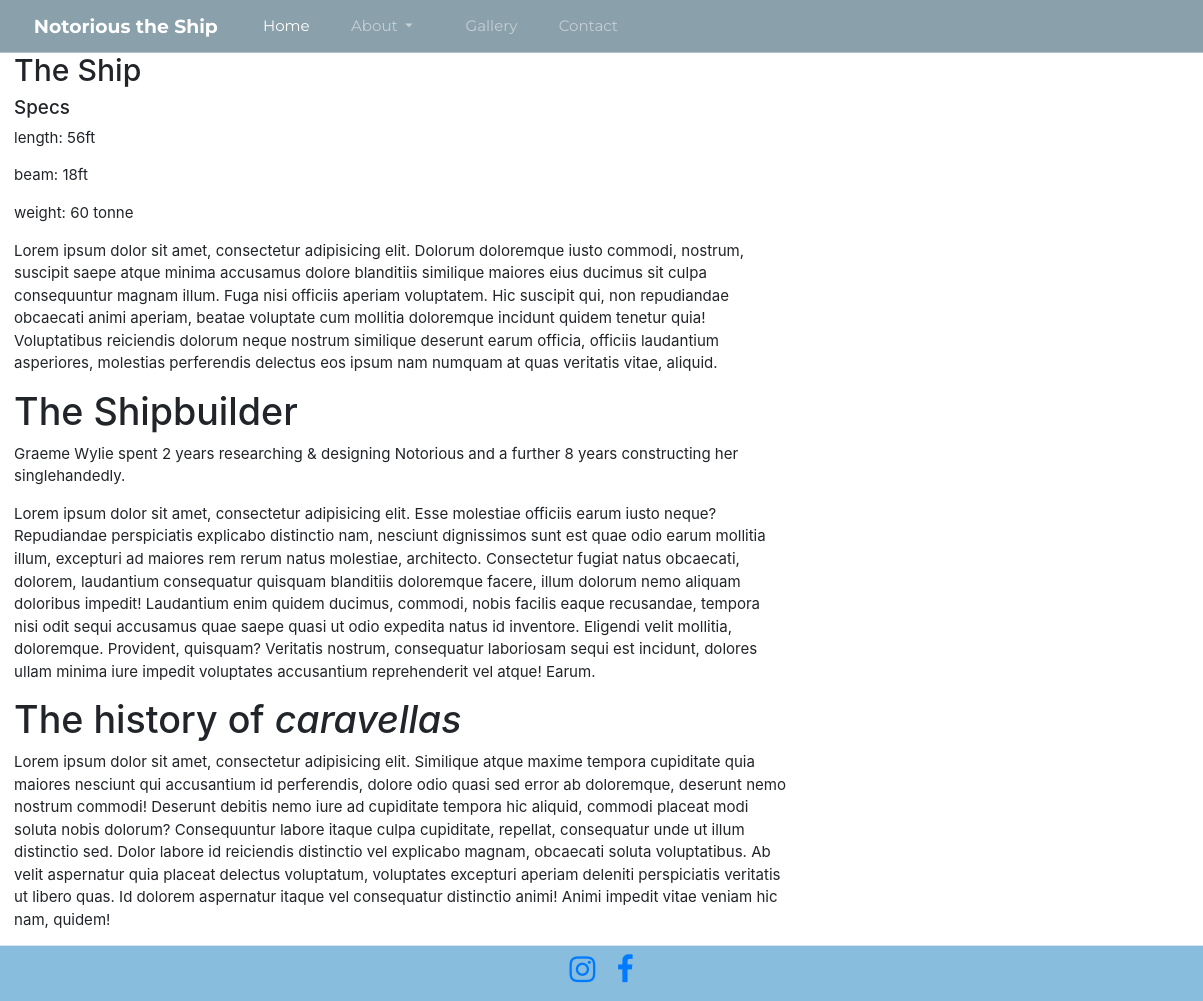
Repository: TSRose/NotorioustheShip
Page: about.html
The author's editor kept a record of every edit. The page is drawn from the files as they stood at one moment, then again after the next edit.
The browser window is 1280 px wide. The pictures show the whole page, at 94% of full size.

Above is the page before.

### about.html
<!DOCTYPE html>
<html lang="en">

<head>
    <meta charset="UTF-8">
    <meta name="viewport" content="width=device-width, initial-scale=1.0">
    <meta http-equiv="X-UA-Compatible" content="ie=edge">
    <link rel="stylesheet" href="https://stackpath.bootstrapcdn.com/bootstrap/4.3.1/css/bootstrap.min.css" type="text/css" />
    <link rel="stylesheet" href="https://stackpath.bootstrapcdn.com/font-awesome/4.7.0/css/font-awesome.min.css">
    <link rel="stylesheet" href="assets/css/style.css" type="text/css">

    <title>Notorious the Ship</title>
</head>

<body>
    <nav class="navbar navbar-dark navbar-expand-sm">
        <a href="index.html" class="navbar-brand">Notorious the Ship</a>
        <button class="navbar-toggler ml-auto" type="button" data-toggle="collapse" data-target="#navbarNavDropdown" aria-controls="navbarNavDropdown" aria-expanded="false" aria-label="Toggle navigation">
      <span class="navbar-toggler-icon"></span></button>
        <div class="collapse navbar-collapse" id="navbarNavDropdown">
            <ul class="navbar-nav mr-auto">
                <li class="active nav-item mr-2"><a class="nav-link" href="index.html">Home</a></li>
                <li class="nav-item dropdown">
                    <a class="nav-link dropdown-toggle" href="about.html" id="navbarDropdownMenuLink" role="button" data-toggle="dropdown" aria-haspopup="true" aria-expanded="false">
            About
          </a>
                    <div class="dropdown-menu" aria-labelledby="navbarDropdownMenuLink">
                        <a class="dropdown-item" href="/theship">About Notorious</a>
                        <a class="dropdown-item" href="/thebuilder">The Shipbuilder</a>
                        <a class="dropdown-item" href="/thehistory">A brief history of caravels</a></li>
                <li class=" nav-item mr-2"><a class="nav-link" href="gallery.html">Gallery</a></li>
                <li class=" nav-item mr-2"><a class="nav-link" href="contact.html">Contact</a></li>
            </ul>
            </div>
    </nav>

    <div class="about-container container-fluid">
        <div class="article-container">
            <div class="row">
                <div class="col-8">
                    <div class="theship">
                        <h2>The Ship</h2>
                        <h5>Specs</h5>
                        <p>length: 56ft</p>
                        <p>beam: 18ft</p>
                        <p>weight: 60 tonne</p>
                        <p>Lorem ipsum dolor sit amet, consectetur adipisicing elit. Dolorum doloremque iusto commodi, nostrum, suscipit saepe atque minima accusamus dolore blanditiis similique maiores eius ducimus sit culpa consequuntur magnam illum. Fuga
                            nisi officiis aperiam voluptatem. Hic suscipit qui, non repudiandae obcaecati animi aperiam, beatae voluptate cum mollitia doloremque incidunt quidem tenetur quia! Voluptatibus reiciendis dolorum neque nostrum similique deserunt
                            earum officia, officiis laudantium asperiores, molestias perferendis delectus eos ipsum nam numquam at quas veritatis vitae, aliquid.</p>
                    </div>
                </div>
            </div>
        </div>
        <div class="article-container">
            <div class="row">
                <div class="col-8">
                    <div class="thebuilder">
                        <h1>The Shipbuilder</h1>
                        <p>Graeme Wylie spent 2 years researching & designing Notorious and a further 8 years constructing her singlehandedly. </p>
                        <p>Lorem ipsum dolor sit amet, consectetur adipisicing elit. Esse molestiae officiis earum iusto neque? Repudiandae perspiciatis explicabo distinctio nam, nesciunt dignissimos sunt est quae odio earum mollitia illum, excepturi ad
                            maiores rem rerum natus molestiae, architecto. Consectetur fugiat natus obcaecati, dolorem, laudantium consequatur quisquam blanditiis doloremque facere, illum dolorum nemo aliquam doloribus impedit! Laudantium enim quidem
                            ducimus, commodi, nobis facilis eaque recusandae, tempora nisi odit sequi accusamus quae saepe quasi ut odio expedita natus id inventore. Eligendi velit mollitia, doloremque. Provident, quisquam? Veritatis nostrum, consequatur
                            laboriosam sequi est incidunt, dolores ullam minima iure impedit voluptates accusantium reprehenderit vel atque! Earum.</p>
                    </div>
                </div>
            </div>
        </div>
        <div class="article-container">
            <div class="row">
                <div class="col-8">
                    <div class="thehistory">
                        <h1>The history of <em>caravellas</em></h1>
                        <p>Lorem ipsum dolor sit amet, consectetur adipisicing elit. Similique atque maxime tempora cupiditate quia maiores nesciunt qui accusantium id perferendis, dolore odio quasi sed error ab doloremque, deserunt nemo nostrum commodi!
                            Deserunt debitis nemo iure ad cupiditate tempora hic aliquid, commodi placeat modi soluta nobis dolorum? Consequuntur labore itaque culpa cupiditate, repellat, consequatur unde ut illum distinctio sed. Dolor labore id reiciendis
                            distinctio vel explicabo magnam, obcaecati soluta voluptatibus. Ab velit aspernatur quia placeat delectus voluptatum, voluptates excepturi aperiam deleniti perspiciatis veritatis ut libero quas. Id dolorem aspernatur itaque
                            vel consequatur distinctio animi! Animi impedit vitae veniam hic nam, quidem!</p>
                    </div>
                </div>
            </div>
        </div>
    </div>

    </div>

    <!---------------------------footer----->
    <footer class="container-fluid footer">
        <div id="footer-details" class="row">
            <div class="col-12">
                <ul class="list-inline social-links">
                    <li class="list-inline-item">
                        <a target="_blank" href="http://instagram.com/notorioustheship">
                        <i class="fa fa-instagram fa-2x" aria-hidden="true"></i>
                        <span class="sr-only">Instagram</span>
                        </a>
                    </li>
                    <li class="list-inline-item">
                        <a target="_blank" href="http://facebook.com/notorioustheship">
                        <i class="fa fa-facebook fa-2x" aria-hidden="true"></i>
                        <span class="sr-only">Facebook</span>
                        </a>
                    </li>
                </ul>
            </div>
        </div>
    </footer>

    <script src="https://code.jquery.com/jquery-3.3.1.slim.min.js" integrity="sha384-q8i/X+965DzO0rT7abK41JStQIAqVgRVzpbzo5smXKp4YfRvH+8abtTE1Pi6jizo" crossorigin="anonymous"></script>
    <script src="https://cdnjs.cloudflare.com/ajax/libs/popper.js/1.14.7/umd/popper.min.js" integrity="sha384-UO2eT0CpHqdSJQ6hJty5KVphtPhzWj9WO1clHTMGa3JDZwrnQq4sF86dIHNDz0W1" crossorigin="anonymous"></script>
    <script src="https://stackpath.bootstrapcdn.com/bootstrap/4.3.1/js/bootstrap.min.js" integrity="sha384-JjSmVgyd0p3pXB1rRibZUAYoIIy6OrQ6VrjIEaFf/nJGzIxFDsf4x0xIM+B07jRM" crossorigin="anonymous"></script>

</body>

</html>

### assets/css/style.css
@import url('https://fonts.googleapis.com/css?family=Montserrat:100,200,300,400,500,600,700|Roboto:100,200,300,400,500,600,700');

body {
    margin: 10;
    padding: 0;
}

header {
    margin: 0;
}

footer {
    background-color: #89bddd;
    border-color: #89bddd;
}

/*-------------------------------- navbar */

.navbar-brand {
    font-family: "Montserrat", sans-serif;
    color: #fafafa;
    margin: 0 20px;
}

.nav-item {
    color: #fafafa;
    font-family: "Montserrat", sans-serif;
    margin: 0 20px;
}

.list-inline {
    text-align: center;
}

.navbar {
    color: #aaa;
    background-color: #8aa0aa;
    margin-bottom: 0;
    border: 0;
    width: 100%;
}

.navbar .navbar-toggler {
    border: 0;
}

.navbar-brand {
    font-weight: 700;
}

/*---------------------------------Landing ----*/

.landing-container {
    height: 100VH;
    background: url("../images/notorious_portdouglas_xsm_crop.jpg") no-repeat center center fixed;
    -webkit-background-size: cover;
    -moz-background-size: cover;
    -o-background-size: cover;
    background-size: cover;
    display: flex;
    align-items: center;
    justify-content: center;
    position: relative;
}

.text-uppercase {
    text-transform: uppercase;
}

.landing-subheading {
    padding: 0 0px;
    text-transform: .5em;
    text-align: left;
}

.landing {
  margin: auto;
  width: 50%;
  border: 3px solid green;
  padding: 10px;
}
}

/*--------------------------------Jumbotron*/

.jumbotron-landing {
    background-color: transparent;
    padding-left: 0px;
    padding-top: 30px;
    padding-bottom: 30px;
    color: #fafafa;
}

.jumbotron-header {
    font-weight: bold;
    margin-bottom: 35px;
    margin: 50px;
    text-transform: capitalize;
    padding: 50px;
}

@media (min-width: 576px) {
    .landing-container {
        background: url("../images/notorious_portdouglas_sm_crop.jpg") no-repeat center center fixed;
    }
}

@media (min-width: 768px) {
    .landing-container {
        background: url("../images/notorious_portdouglas_md_crop.jpg") no-repeat center center fixed;
    }
}

@media (min-width: 1030px) {
    .landing-container {
        background: url("../images/notorious_portdouglas.PNG") no-repeat center center fixed;
    }
}


/*--------------------------------------- contact form*/

.contact-heading {
    font-family: "Montserrat", sans-serif;
    font-weight: 200;
    margin-top: 25px;
    margin-bottom: 20px;
}

.center-form {
    padding-top: 10px;
    margin: 0 auto;
    max-width: 70%;
}

button[type="submit"] {
    margin-top: 15px;
    margin-bottom: 20px;
    color: #fafafa;
    background-color: #3498db;
}

.col .btn {
    padding: 0 15;
}

@media(max-width: 991px) {
    .center-form {
        padding-top: 30px;
        min-height: 240px;
        margin: 0 auto;
        max-width: 70%;
    }
}

@media(min-width: 992px) {
    .center-form {
        padding-top: 30px;
        min-height: 240px;
        margin: 0 auto;
        max-width: 50%;
    }
}

@media(min-width: 992px) {
    .contact-heading {
        font-family: "Montserrat", sans-serif;
        font-weight: 400;
        margin-top: 25px;
        margin-bottom: 20px;
    }
}


/*-----------------------------------Buttons*/

.btn--learnmore {
    font-weight: bold;
    border-radius: 23px;
    width: 160px;
}


.btn--learnmore:hover,
.but--learnmore:active,
.btn--learnmore:focus,
.btn--learnmore:active:focus {
    background-color: #dc7606;
    border-color: #dc7606;
}

/*-----------------------------------Footer*/
.social-links {
    padding-top: 10px;
}

.list-inline-item {
    padding-left: 5px;
    padding-right: 5px;
}

After the next edit:
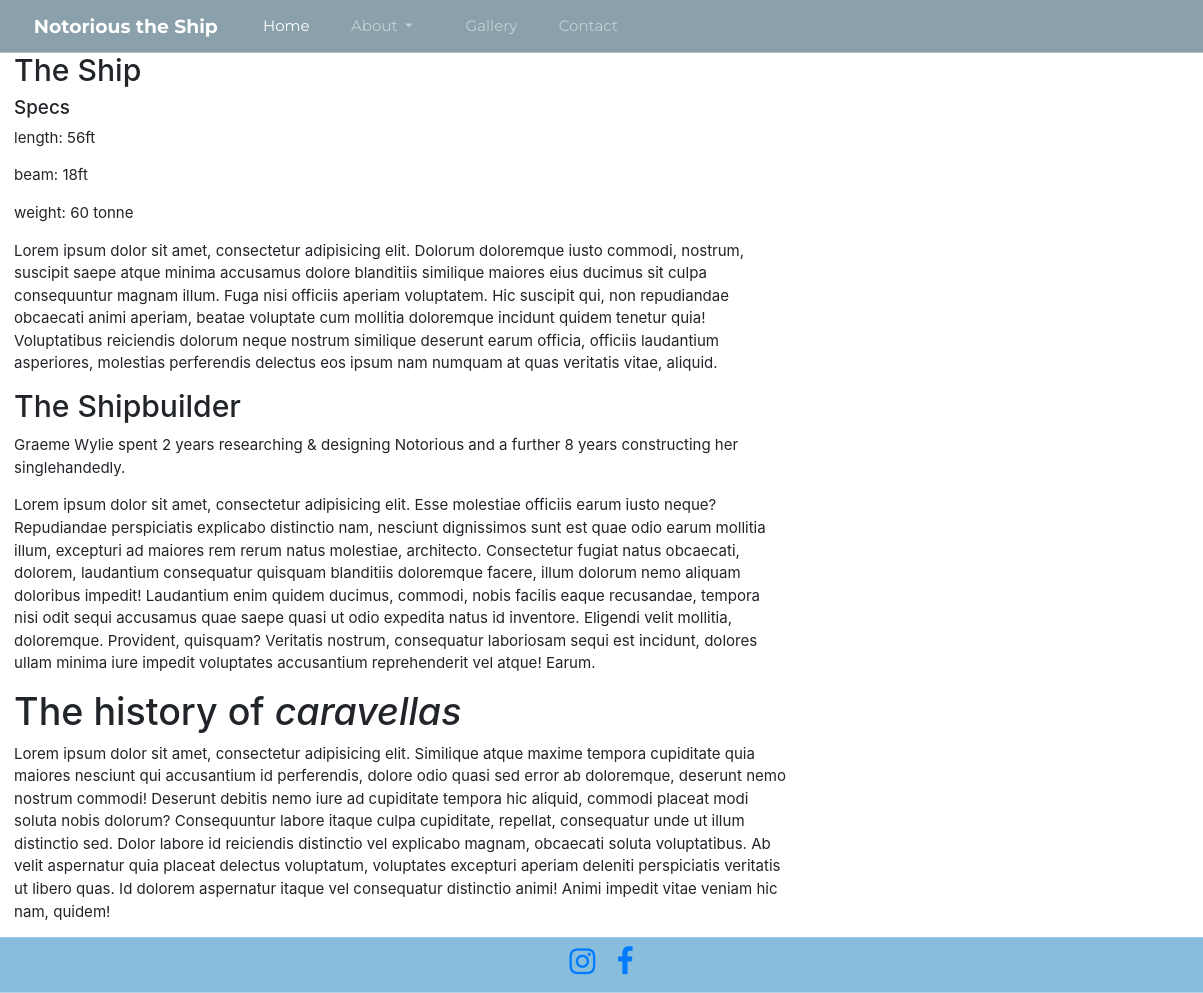
The edit:
--- a/about.html
+++ b/about.html
@@ -55,7 +55,7 @@
             <div class="row">
                 <div class="col-8">
                     <div class="thebuilder">
-                        <h1>The Shipbuilder</h1>
+                        <h2>The Shipbuilder</h2>
                         <p>Graeme Wylie spent 2 years researching & designing Notorious and a further 8 years constructing her singlehandedly. </p>
                         <p>Lorem ipsum dolor sit amet, consectetur adipisicing elit. Esse molestiae officiis earum iusto neque? Repudiandae perspiciatis explicabo distinctio nam, nesciunt dignissimos sunt est quae odio earum mollitia illum, excepturi ad
                             maiores rem rerum natus molestiae, architecto. Consectetur fugiat natus obcaecati, dolorem, laudantium consequatur quisquam blanditiis doloremque facere, illum dolorum nemo aliquam doloribus impedit! Laudantium enim quidem
